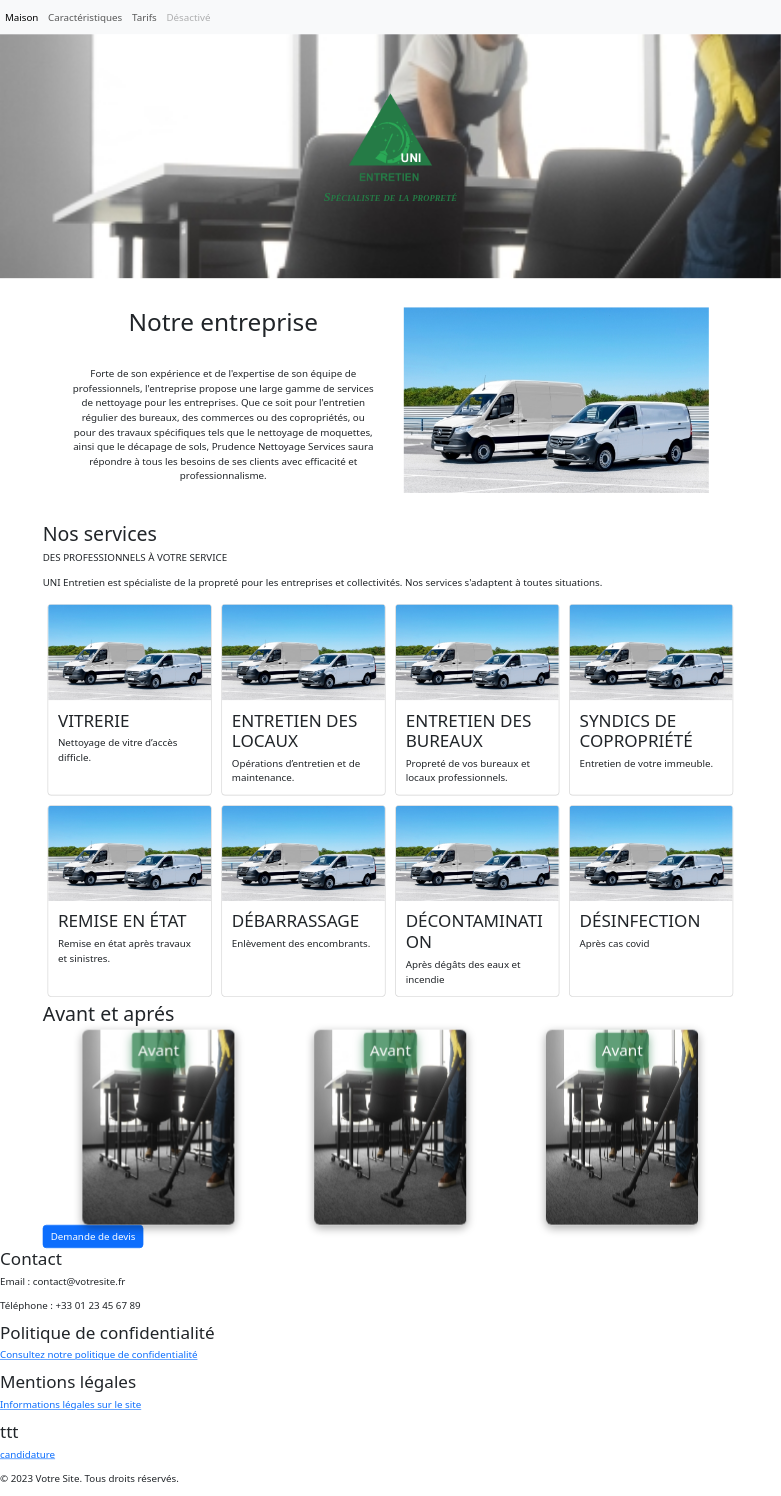
Repository: tomrib/site-UNI
Page: http://localhost/
An editor plug-in stored every save of this project. The page is shown before and after the next save, followed by the edit.
The browser window is 1280 px wide. The pictures show the whole page, at 61% of full size.
The page is run by PHP 8.4 with error messages shown; the project is at /var/www/html/.

Above is the page before, as saved 2023-12-01 10:19:57.

After the next save:
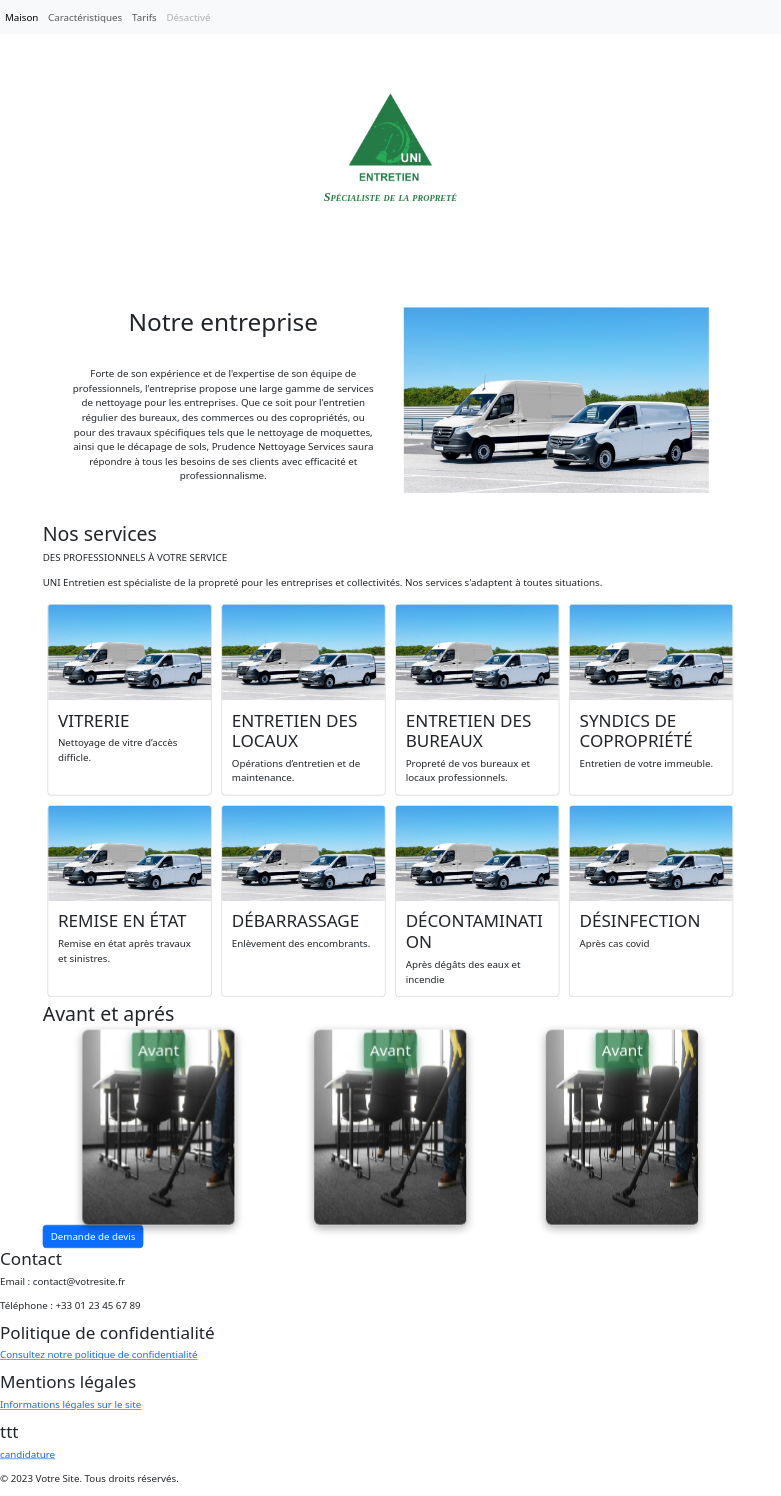
Not found: assets/img/femme-nettoyage
Saved 95 s later.
--- a/assets/css/style.css
+++ b/assets/css/style.css
@@ -6,7 +6,7 @@
 .headImg{
     width: 100%;
     height: 400px;
-    background-image: url(../img/menage_bureau.jpg);
+    background-image: url(../img/femme-nettoyage);
     background-size: cover;
     background-repeat: no-repeat;
 }
